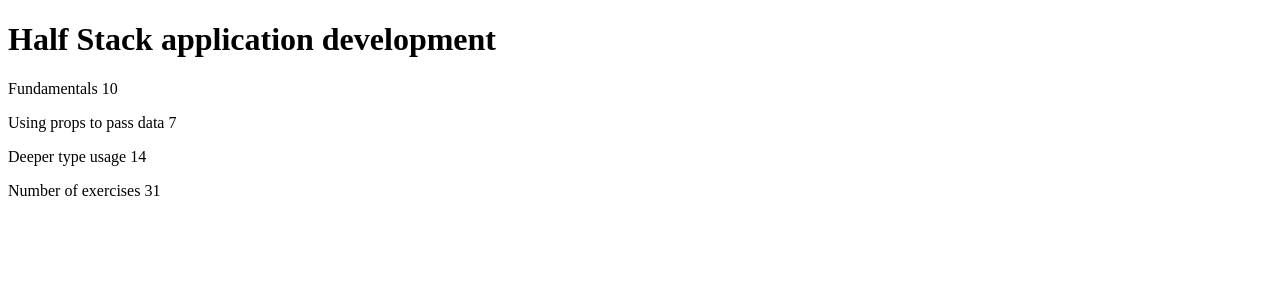
Repository: joaogamarra/full-stack-open-2020
Page: / (app in part9/course-info/)
The author's editor kept a copy of each file at every save. The page is drawn from the files as they stood at one save, then again after the next save.
The browser window is 1280 px wide. The pictures show the whole page.
The project was rebuilt for these pictures with package versions that can differ from the ones it lists, and the page was loaded fresh each time.

Above is the page before, as saved 2021-02-16 22:14:08.

### part9/course-info/src/index.tsx
import React from 'react'
import ReactDOM from 'react-dom'
import { CoursePart } from './types'
import Header from './components/Header'
import Content from './components/Content'
import Total from './components/Total'

const App: React.FC = () => {
	const courseName = 'Half Stack application development'
	const courseParts: CoursePart[] = [
		{
			name: 'Fundamentals',
			exerciseCount: 10,
			description: 'This is an awesome course part',
		},
		{
			name: 'Using props to pass data',
			exerciseCount: 7,
			groupProjectCount: 3,
		},
		{
			name: 'Deeper type usage',
			exerciseCount: 14,
			description: 'Confusing description',
			exerciseSubmissionLink: 'https://fake-exercise-submit.made-up-url.dev',
		},
	]

	return (
		<div>
			<Header courseName={courseName} />
			<Content courseParts={courseParts} />
			<Total total={courseParts.reduce((carry, part) => carry + part.exerciseCount, 0)} />
		</div>
	)
}

ReactDOM.render(<App />, document.getElementById('root'))

### part9/course-info/src/components/Header.tsx
import React from 'react'

const Header: React.FC<{ courseName: string }> = (props) => {
	return (
		<div>
			<h1>{props.courseName}</h1>
		</div>
	)
}

export default Header

### part9/course-info/src/components/Content.tsx
import React from 'react'
import { CoursePart } from '../types'

const Content: React.FC<{ courseParts: CoursePart[] }> = (props) => {
	return (
		<div>
			<p>
				{props.courseParts[0].name} {props.courseParts[0].exerciseCount}
			</p>
			<p>
				{props.courseParts[1].name} {props.courseParts[1].exerciseCount}
			</p>
			<p>
				{props.courseParts[2].name} {props.courseParts[2].exerciseCount}
			</p>
		</div>
	)
}

export default Content

### part9/course-info/src/components/Total.tsx
import React from 'react'

const Total: React.FC<{ total: number }> = (props) => {
	return <p>Number of exercises {props.total}</p>
}

export default Total

Loaded but not shown: part9/course-info/public/index.html (common file)

After the next save:
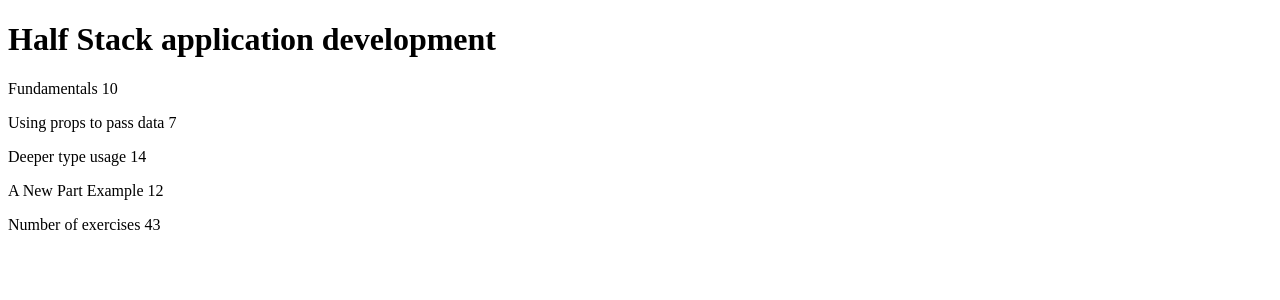
Saved 5 min 8 s later.
--- a/part9/course-info/src/index.tsx
+++ b/part9/course-info/src/index.tsx
@@ -24,6 +24,11 @@ const App: React.FC = () => {
 			description: 'Confusing description',
 			exerciseSubmissionLink: 'https://fake-exercise-submit.made-up-url.dev',
 		},
+		{
+			name: 'A New Part Example',
+			exerciseCount: 12,
+			description: 'This is another awesome course part',
+		},
 	]
 
 	return (
--- a/part9/course-info/src/components/Content.tsx
+++ b/part9/course-info/src/components/Content.tsx
@@ -13,6 +13,9 @@ const Content: React.FC<{ courseParts: CoursePart[] }> = (props) => {
 			<p>
 				{props.courseParts[2].name} {props.courseParts[2].exerciseCount}
 			</p>
+			<p>
+				{props.courseParts[3].name} {props.courseParts[3].exerciseCount}
+			</p>
 		</div>
 	)
 }
